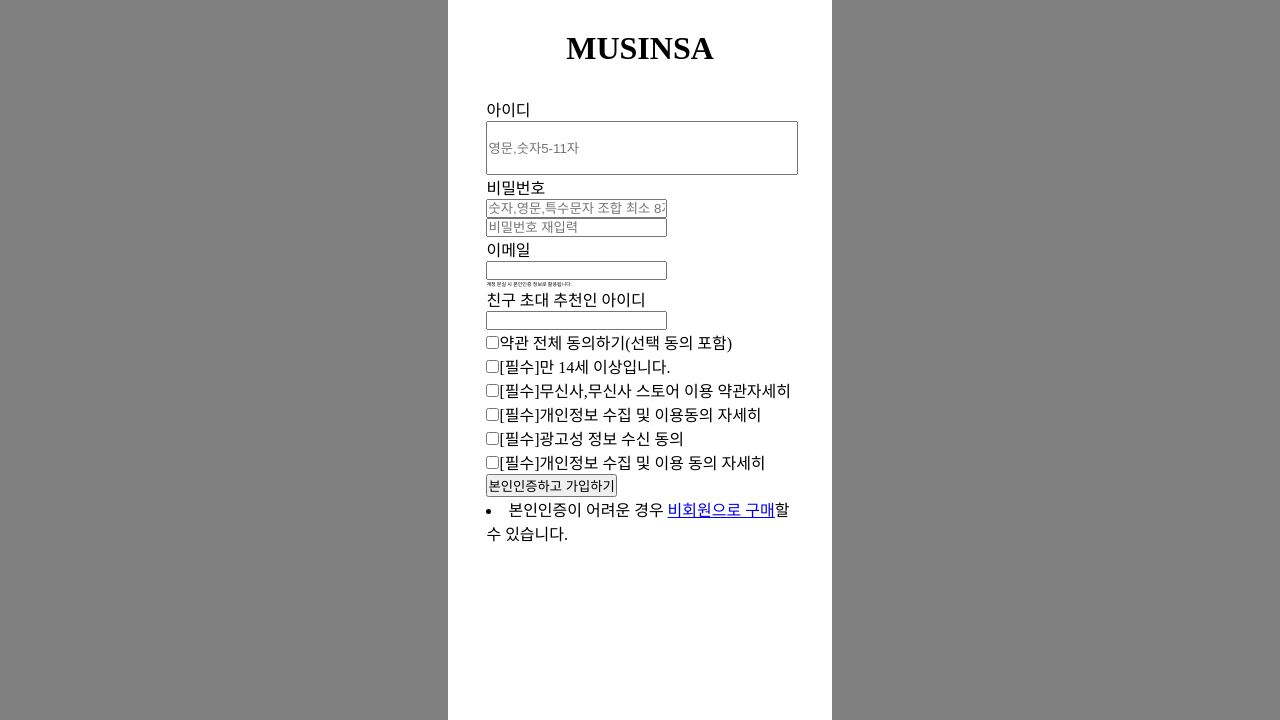
Repository: SilverSharkDeveloper/HTML-CSS-Study
Page: html/workspace/day04/WebContent/task.html
The author's editor kept a copy of each file at every save. The page is drawn from the files as they stood at one save, then again after the next save.
The browser window is 1280 px wide. The pictures show the whole page.

Above is the page before, as saved 2023-03-13 12:26:48.

### html/workspace/day04/WebContent/task.html
<!DOCTYPE html>
<html>
<head>
<meta charset="UTF-8">
<title>무신사</title>
<style>
	*{
		margin : 0;
		padding : 0;

	}
</style>
</head>
<body>
		<div class = "container" style = "background : grey ; height :100vh">
			<div class = "container login" style ="width : 30%;height : 100%; margin : 0 auto ; background :white">
				<div>
					<header style ="text-align : center;padding: 30px 0">
						<h1>MUSINSA</h1>
					</header>
				</div>
				<div style = "width : 80% ;margin : 0 auto">
					<form  >
						<div>
							아이디
						</div>
						<div>
							<input type ="text" placeholder = "영문,숫자5-11자" style ="width : 100% ; height:50px">
						</div>
						<div>
							비밀번호
						</div>
						<div>
							<input type = "password" placeholder ="숫자,영문,특수문자 조합 최소 8자">
							<input type = "password" placeholder ="비밀번호 재입력">
						</div>
						<div>
							이메일
						</div>
						<div>
							<input type = "email">
						</div>
						<div style = "font-size : 5px">
							계정 분실 시 본인인증 정보로 활용됩니다.
						</div>
						<div>
							친구 초대 추천인 아이디
						</div>
						<div>
							<input type = "text">
						</div>
						<div>
							<input type = "checkbox">약관 전체 동의하기(선택 동의 포함)
						</div>
						<div>
							<div>
								<input type = "checkbox">[필수]만 14세 이상입니다.
							</div>
							<div>
							<input type = "checkbox">[필수]무신사,무신사 스토어 이용 약관자세히
							</div>
							<div>
							<input type = "checkbox">[필수]개인정보 수집 및 이용동의 자세히
							</div>
							<div>
							<input type = "checkbox">[필수]광고성 정보 수신 동의
							</div>
							<div>
							<input type = "checkbox">[필수]개인정보 수집 및 이용 동의 자세히
							</div>
						</div>
						<div>
							<button>본인인증하고 가입하기</button>
						</div>
						<div>
							<li>본인인증이 어려운 경우 <a href ="#">비회원으로 구매</a>할 수 있습니다.</li>
						</div>
					</form>
				</div>
			</div>
		</div>
</body>
</html>

After the next save:
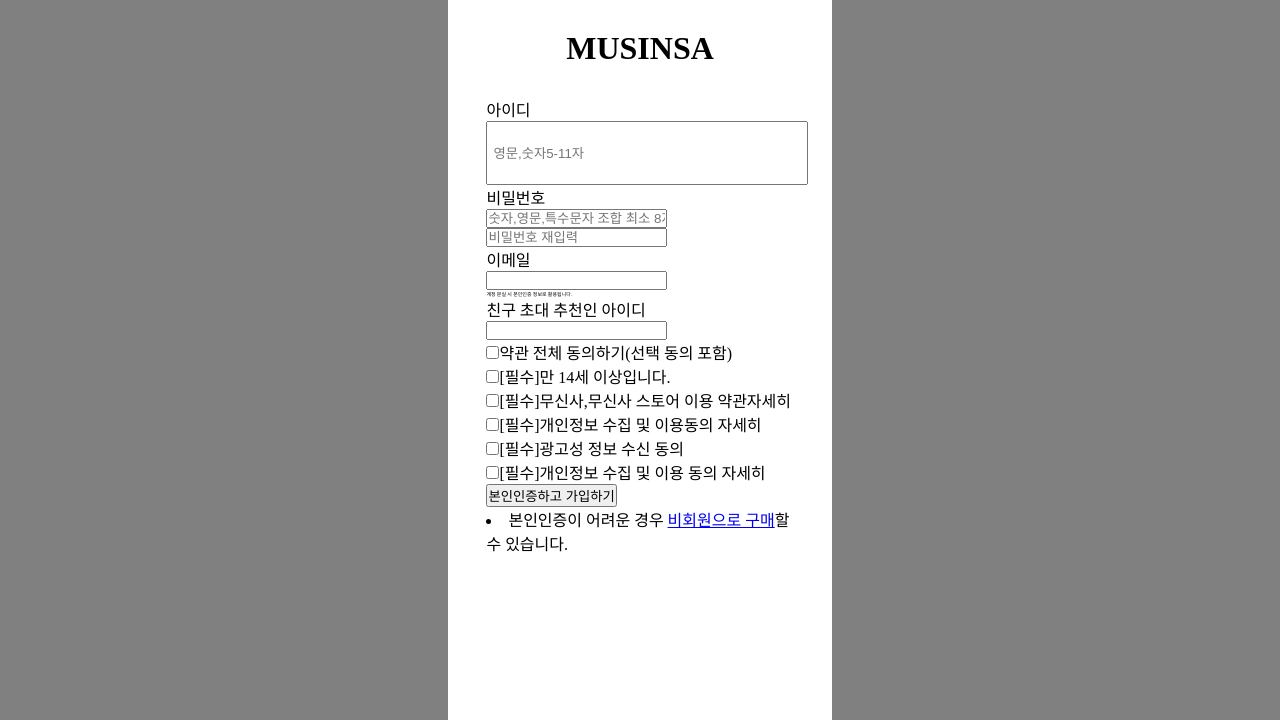
Saved 35 s later.
--- a/html/workspace/day04/WebContent/task.html
+++ b/html/workspace/day04/WebContent/task.html
@@ -25,7 +25,7 @@
 							아이디
 						</div>
 						<div>
-							<input type ="text" placeholder = "영문,숫자5-11자" style ="width : 100% ; height:50px">
+							<input type ="text" placeholder = "영문,숫자5-11자" style ="width : 100% ; height:50px; padding : 5px">
 						</div>
 						<div>
 							비밀번호
